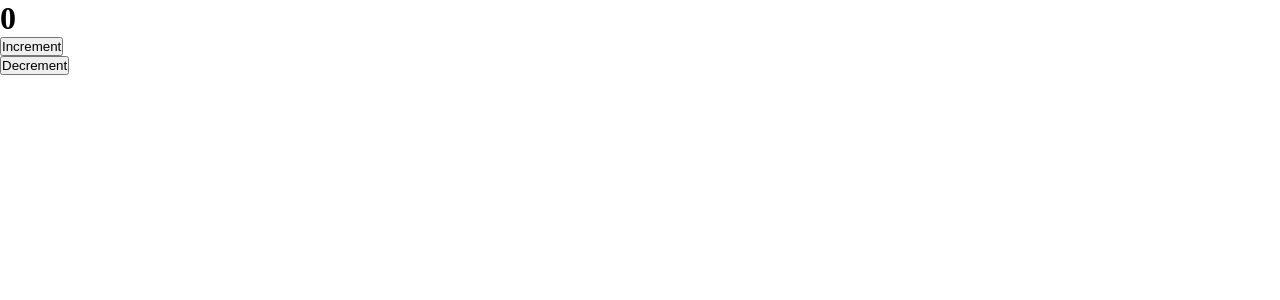
Repository: Ellisvelandia/react_introduction_test
Page: /
An editor plug-in stored every save of this project. The page is shown before and after the next save, followed by the edit.
The browser window is 1280 px wide. The pictures show the whole page.
The project was rebuilt for these pictures with package versions that can differ from the ones it lists, and the page was loaded fresh each time. Also part of the build but not shown: src/index.css.

Above is the page before, as saved 2022-08-15 19:31:54.

### src/App.js
import "./App.css";
import React, { useState } from "react";

const App = () => {
  const [num, changeNum] = useState(0);

  const incrementNum = () => {
    changeNum(num + 2);
  };

  const decrementNum = () => {
    if (num - 1 < 0) {
      alert(`you can't decrease than 0`);
    } else {
      changeNum(num - 2);
    }
  };

  return (
    <>
      <div className="container">
        <h1>{num}</h1>
        <button onClick={incrementNum}>Increment</button>
        <button onClick={decrementNum}>Decrement</button>
      </div>
    </>
  );
};

export default App;

### src/App.css
* {
  margin: 0;
  padding: 0;
  box-sizing: border-box;
}

.container button {
  display: flex;
  justify-content: center;
  align-items: center;
}

Loaded but not shown: public/index.html (common file); src/index.js (common file); src/reportWebVitals.js (common file)

After the next save:
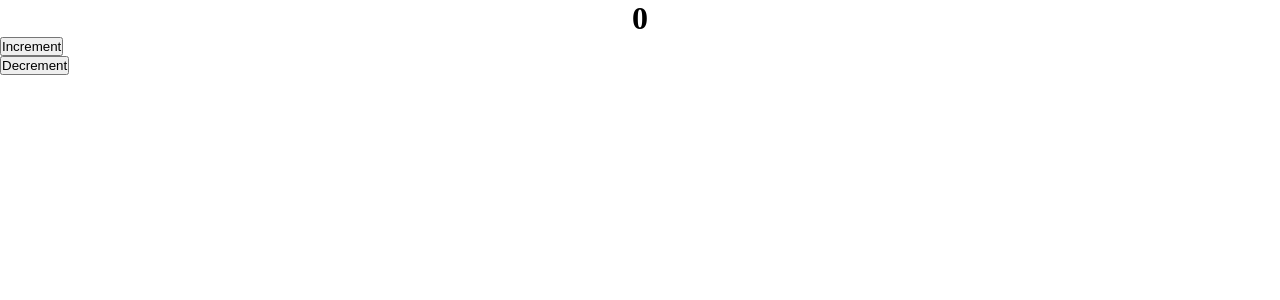
Saved 13 s later.
--- a/src/App.css
+++ b/src/App.css
@@ -9,3 +9,7 @@
   justify-content: center;
   align-items: center;
 }
+
+h1 {
+  text-align: center;
+}
